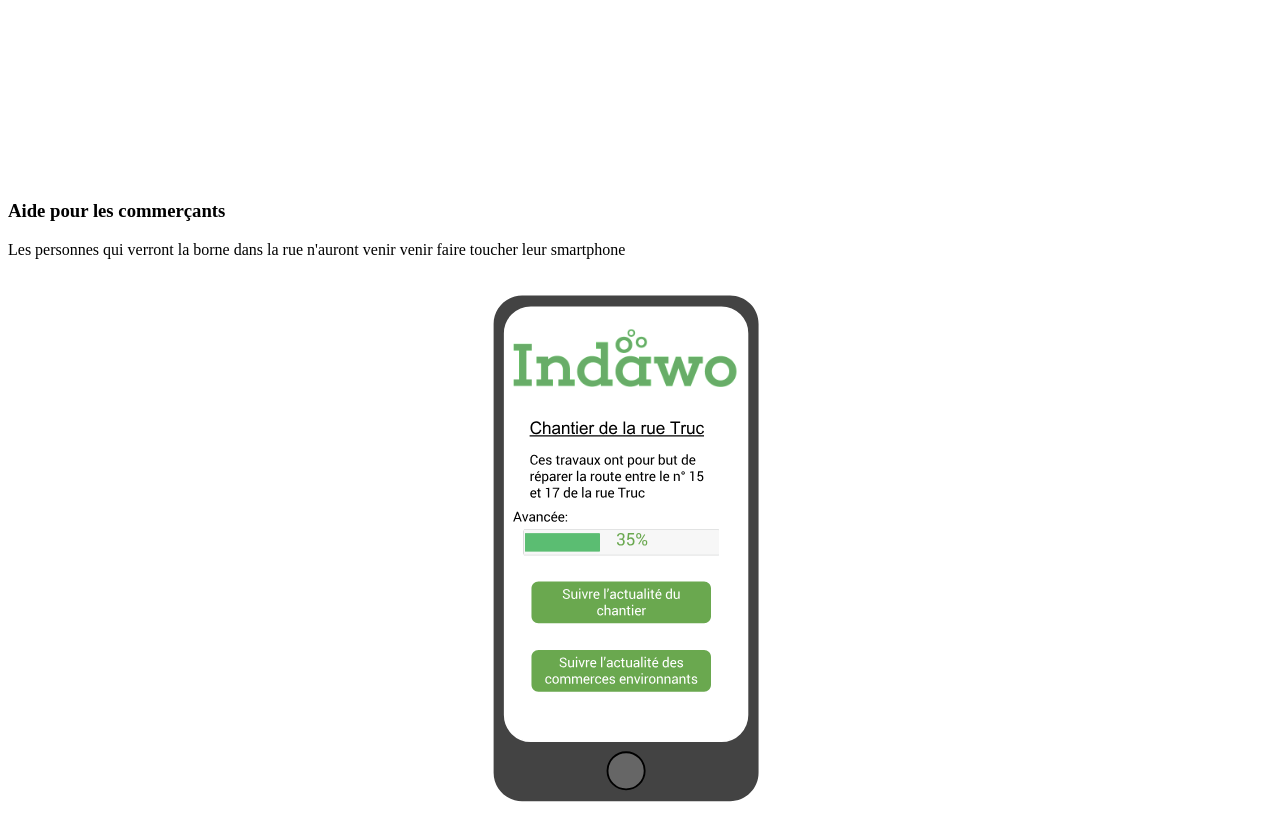
Repository: PierreGauthier/DU-Phase2
Page: duphase2/templates/1man1.html
The author's editor kept a record of every edit. The page is drawn from the files as they stood at one moment, then again after the next edit.
The browser window is 1280 px wide. The pictures show the whole page.
The template is drawn by Django 2.2. The application's start-up code is not run. The template is opened directly, without the code that normally fills it, so the values that code supplies are empty.

Above is the page before.

After the next edit:
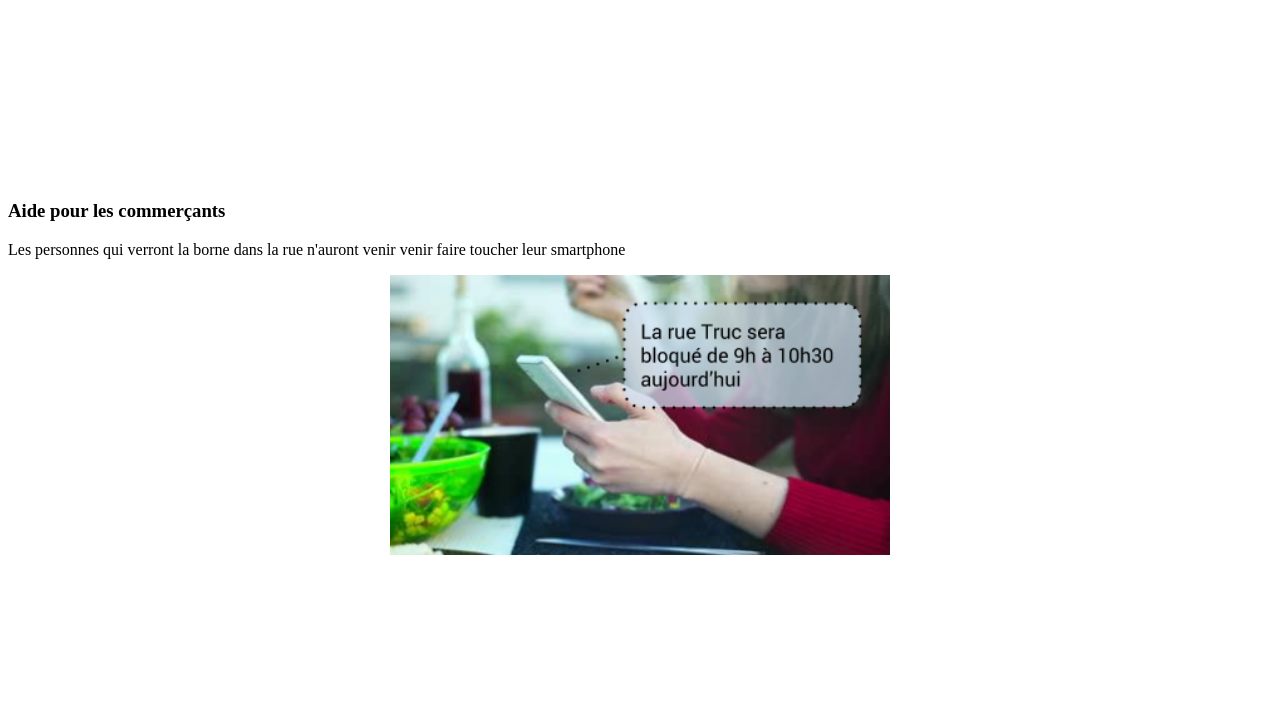
The edit:
--- a/duphase2/templates/1man1.html
+++ b/duphase2/templates/1man1.html
@@ -5,6 +5,6 @@
        <p>Les personnes qui verront la borne dans la rue n'auront venir venir faire toucher leur smartphone</p>
    </div>
    <div class="eight wide column">
-       <center><img src='/static/images/indawo_app1.svg' style="width:500px;"/></center>
+       <center><img src='/static/images/1man1.png' style="width:500px;"/></center>
    </div>
 </div>
